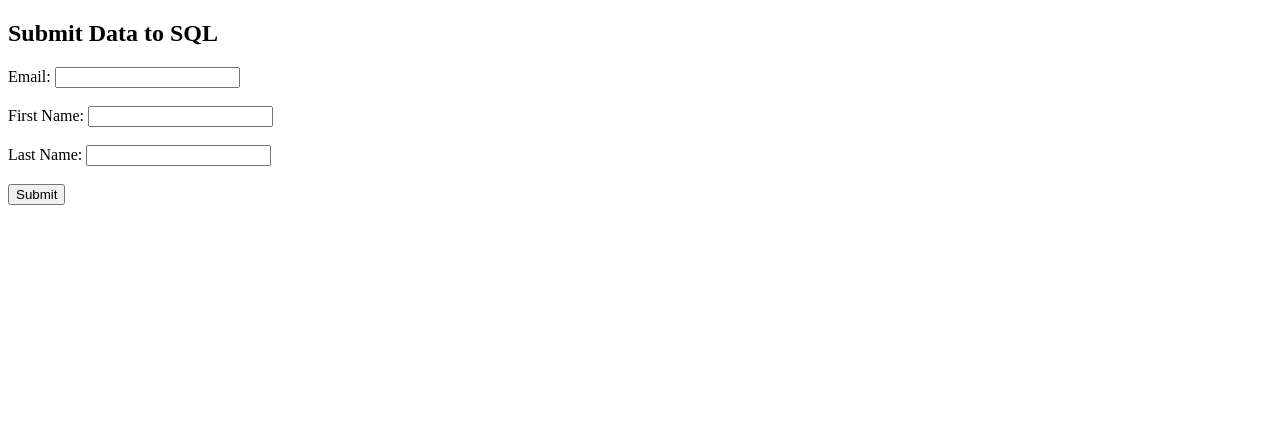
Repository: aayaaaaaaa/JciTriningg
Page: http://localhost/
The author's editor kept a copy of each file at every save. The page is drawn from the files as they stood at one save, then again after the next save.
The browser window is 1280 px wide. The pictures show the whole page.
The page is run by PHP 8.4 with error messages shown; the project is at /var/www/html/.

Above is the page before, as saved 2023-08-16 20:10:05.

### index.php


<!DOCTYPE html>
<html>
<head>
    <title>Submit Data to SQL</title>
</head>
<body>
    <h2>Submit Data to SQL</h2>
    <form action="submit.php" method="post">
        <label for="email">Email:</label>
        <input type="email" id="email" name="email" required><br><br>

        <label for="fname">First Name:</label>
        <input type="text" id="fname" name="fname" required><br><br>

        <label for="lname">Last Name:</label>
        <input type="text" id="lname" name="lname" required><br><br>

        <input type="submit" name="submit" value="Submit">
    </form>
</body>
</html>

After the next save:
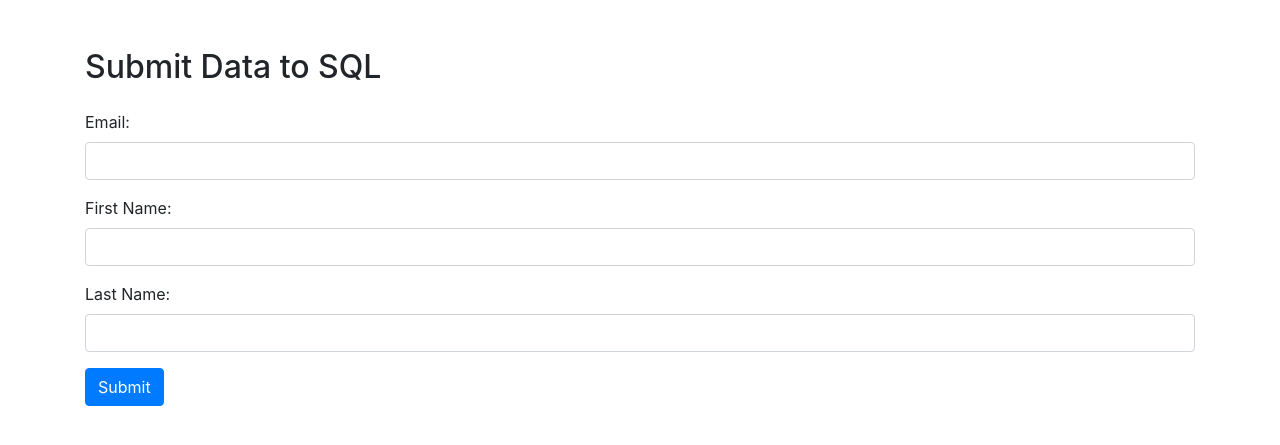
Saved 103 s later.
--- a/index.php
+++ b/index.php
@@ -1,23 +1,32 @@
-
-
 <!DOCTYPE html>
 <html>
 <head>
     <title>Submit Data to SQL</title>
+    <!-- Add Bootstrap CSS link -->
+    <link rel="stylesheet" href="https://maxcdn.bootstrapcdn.com/bootstrap/4.5.2/css/bootstrap.min.css">
 </head>
 <body>
-    <h2>Submit Data to SQL</h2>
-    <form action="submit.php" method="post">
-        <label for="email">Email:</label>
-        <input type="email" id="email" name="email" required><br><br>
-
-        <label for="fname">First Name:</label>
-        <input type="text" id="fname" name="fname" required><br><br>
-
-        <label for="lname">Last Name:</label>
-        <input type="text" id="lname" name="lname" required><br><br>
-
-        <input type="submit" name="submit" value="Submit">
-    </form>
+    <div class="container mt-5">
+        <h2 class="mb-4">Submit Data to SQL</h2>
+        <form action="submit.php" method="post">
+            <div class="form-group">
+                <label for="email">Email:</label>
+                <input type="email" class="form-control" id="email" name="email" required>
+            </div>
+            <div class="form-group">
+                <label for="fname">First Name:</label>
+                <input type="text" class="form-control" id="fname" name="fname" required>
+            </div>
+            <div class="form-group">
+                <label for="lname">Last Name:</label>
+                <input type="text" class="form-control" id="lname" name="lname" required>
+            </div>
+            <button type="submit" name="submit" class="btn btn-primary">Submit</button>
+        </form>
+    </div>
+    <!-- Add Bootstrap JS and jQuery (for Bootstrap features) -->
+    <script src="https://code.jquery.com/jquery-3.5.1.slim.min.js"></script>
+    <script src="https://cdn.jsdelivr.net/npm/@popperjs/core@2.9.3/dist/umd/popper.min.js"></script>
+    <script src="https://maxcdn.bootstrapcdn.com/bootstrap/4.5.2/js/bootstrap.min.js"></script>
 </body>
 </html>
